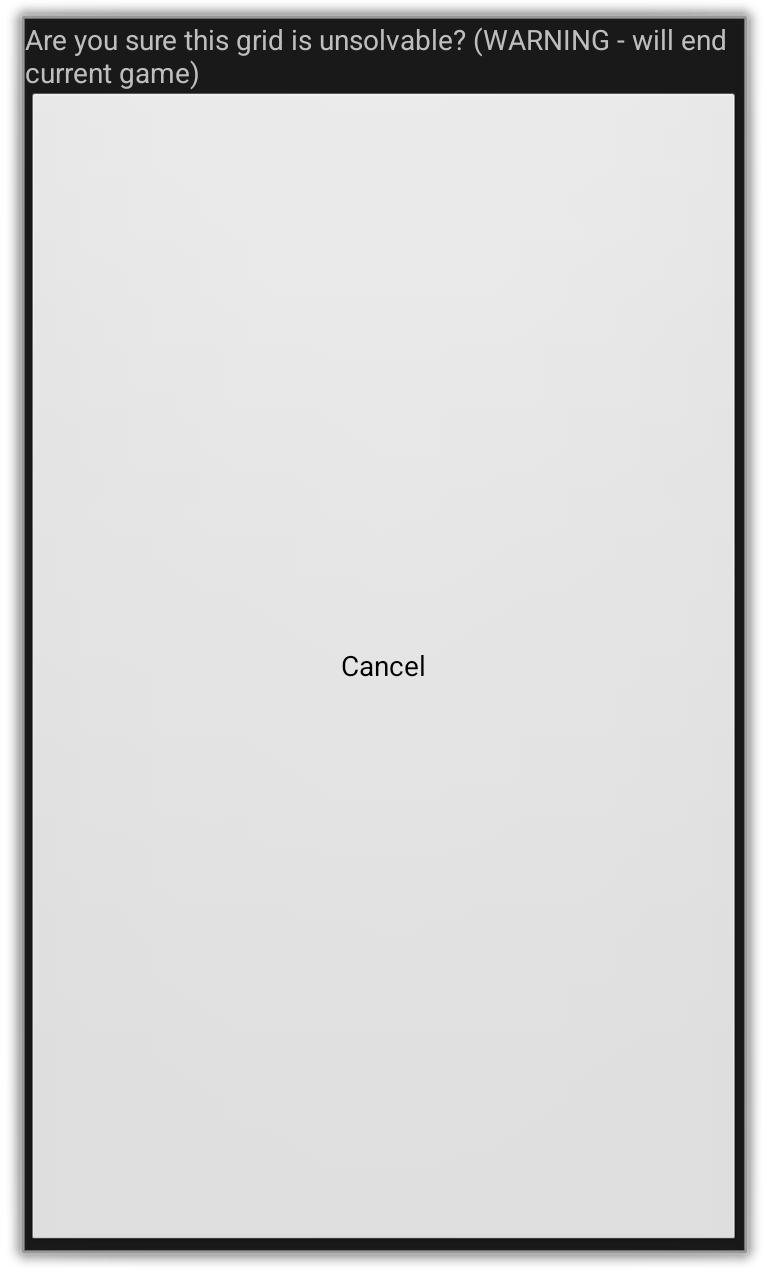
Repository: rickydalziel/project
Layout: Numbersorter/res/layout/activity_unsolve_dialog.xml
An editor plug-in stored every save of this project. The layout is shown before and after the next save, followed by the edit.
It is drawn on a 768 x 1280 px phone screen (xhdpi) without system bars, with theme android:Theme.Dialog; the app's code is not run.

Above is the layout before, as saved 2013-03-07 13:46:40.

### Numbersorter/res/layout/activity_unsolve_dialog.xml
<?xml version="1.0" encoding="utf-8"?>
<RelativeLayout xmlns:android="http://schemas.android.com/apk/res/android"
    android:layout_width="match_parent"
    android:layout_height="match_parent" >

    <TextView
        	android:id="@+id/unsolveabletext"
	        android:layout_width="fill_parent"
	        android:layout_height="wrap_content"
	        android:layout_gravity="center"
	        android:text="@string/unsolveable" />

    <Button
	           android:id="@+id/unsolve_yes_button"
	           android:layout_below="@id/unsolveabletext"
	           android:layout_toLeftOf="@+id/unsolve_cancel_button"
	           android:layout_width="fill_parent"
	           android:layout_height="fill_parent"
	           android:text="@string/yes"
	           android:onClick="yesPressed"/>

	        <Button
	           android:id="@+id/unsolve_cancel_button"
	           android:layout_below="@id/unsolveabletext"
	           android:layout_width="fill_parent"
	           android:layout_height="fill_parent"
	           android:text="@string/cancel"
	           android:onClick="cancelPressed"  />

</RelativeLayout>

### Numbersorter/res/values/strings.xml
<?xml version="1.0" encoding="utf-8"?>
<resources>

    <!-- Main menu strings -->

    <string name="app_name">Numbersorter</string>
    <string name="main_menu">Main Menu</string>
    <string name="menu_settings">Settings</string>
    <string name="title_activity_main">Number Sorter</string>
    <string name="new_game">New Game</string>
    <string name="continue_game">Continue</string>
    <string name="about">About</string>
    <string name="exit_game">Exit</string>

    <!-- About scree strings -->

    <string name="about_app">About Numbersorter</string>
    <string name="about_text">	    Numbersorter is a program written and desgned by Ricky Dalziel, for his 4th year honours project.
	    The aim of the game is to swipe a mxn grid of numbers into position so that they read from 1 - (m*n).
	</string>
    <string name="hello_world">Hello world!</string>
    <string name="title_activity_about">AboutActivity</string>

    <!-- New game dialog strings -->

    <string name="newgametext">Please select a board width and height</string>
    <string name="height">Height</string>
    <string name="width">Width</string>
    <string name="cancel">Cancel</string>

    <!-- Array options for the dialog box -->

    <string-array name="size_array">
        <item>3</item>
        <item>4</item>
        <item>5</item>
        <item>6</item>
    </string-array>

    <string name="title_activity_game">Game</string>
    <string name="title_activity_unsolve_dialog">Unsolveable?</string>
    <string name="unsolveable">Are you sure this grid is unsolvable? (WARNING -  will end current game)</string>
    <string name="yes">Yes</string>
    <string name="no">No</string>

</resources>

After the next save:
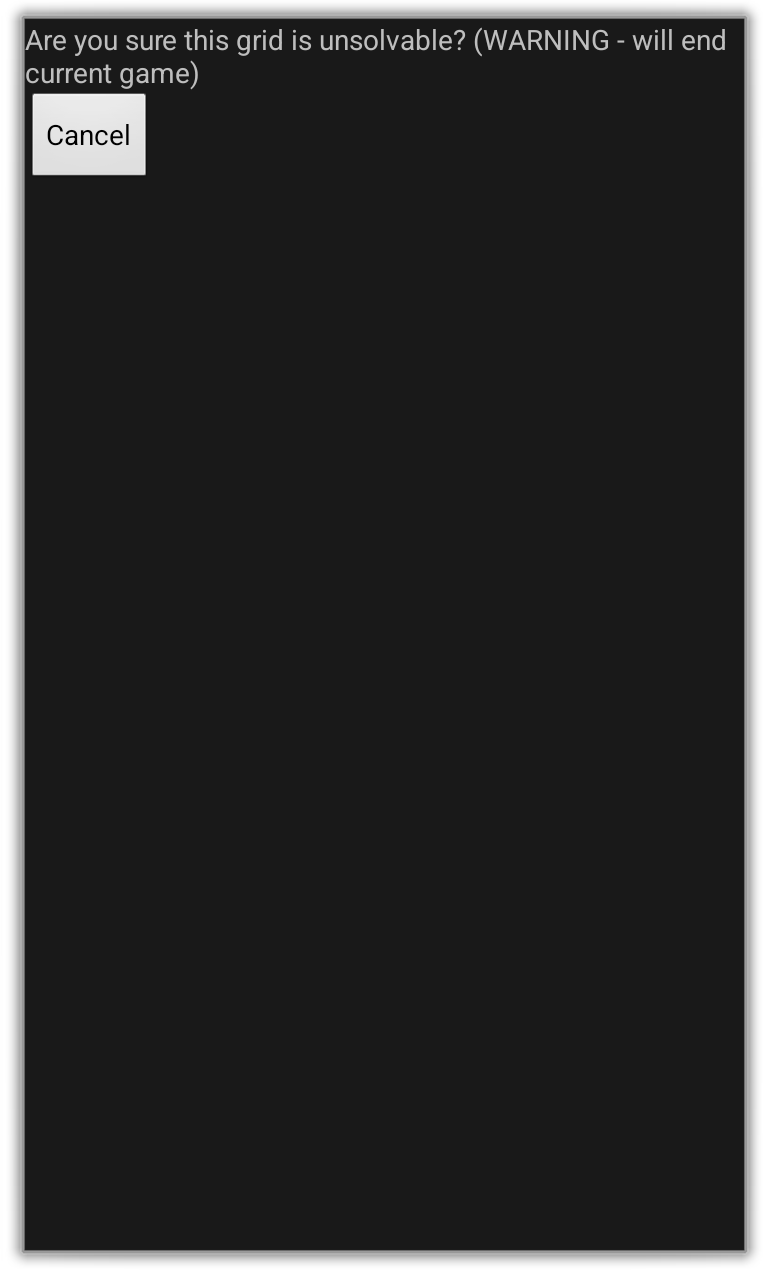
Saved 84 s later.
--- a/Numbersorter/res/layout/activity_unsolve_dialog.xml
+++ b/Numbersorter/res/layout/activity_unsolve_dialog.xml
@@ -14,16 +14,16 @@
 	           android:id="@+id/unsolve_yes_button"
 	           android:layout_below="@id/unsolveabletext"
 	           android:layout_toLeftOf="@+id/unsolve_cancel_button"
-	           android:layout_width="fill_parent"
-	           android:layout_height="fill_parent"
+	           android:layout_width="wrap_content"
+	           android:layout_height="wrap_content"
 	           android:text="@string/yes"
 	           android:onClick="yesPressed"/>
 
-	        <Button
+   <Button
 	           android:id="@+id/unsolve_cancel_button"
 	           android:layout_below="@id/unsolveabletext"
-	           android:layout_width="fill_parent"
-	           android:layout_height="fill_parent"
+	           android:layout_width="wrap_content"
+	           android:layout_height="wrap_content"
 	           android:text="@string/cancel"
 	           android:onClick="cancelPressed"  />
 
